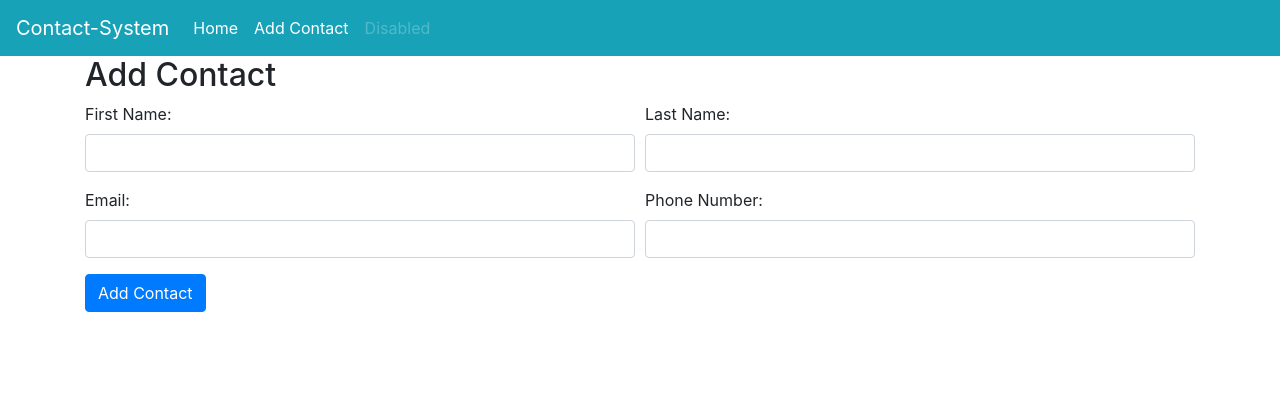
Repository: vivek9099/ContactManage
Page: http://localhost/addemp
An editor plug-in stored every save of this project. The page is shown before and after the next save, followed by the edit.
The browser window is 1280 px wide. The pictures show the whole page.
Some web libraries are served in a nearby version. The page is this project's Thymeleaf template; nobody is signed in. The template is opened directly, without the code that normally fills it, so the values that code supplies are empty.

Above is the page before, as saved 2023-03-28 10:50:02.

### Contact-System/src/main/resources/templates/addemp.html
<!doctype html>
<html lang="en">
  <head>
    <!-- Required meta tags -->
    <meta charset="utf-8">
    <meta name="viewport" content="width=device-width, initial-scale=1, shrink-to-fit=no">

    <!-- Bootstrap CSS -->
    <link rel="stylesheet" href="https://cdn.jsdelivr.net/npm/bootstrap@4.0.0/dist/css/bootstrap.min.css" integrity="sha384-Gn5384xqQ1aoWXA+058RXPxPg6fy4IWvTNh0E263XmFcJlSAwiGgFAW/dAiS6JXm" crossorigin="anonymous">

    <title>HomePage</title>
  </head>
  <body>
  <!-- navbar -->
  <nav class="navbar navbar-expand-lg navbar-dark bg-info">
  <a class="navbar-brand" href="#">Contact-System</a>
  <button class="navbar-toggler" type="button" data-toggle="collapse" data-target="#navbarSupportedContent" aria-controls="navbarSupportedContent" aria-expanded="false" aria-label="Toggle navigation">
    <span class="navbar-toggler-icon"></span>
  </button>

  <div class="collapse navbar-collapse" id="navbarSupportedContent">
    <ul class="navbar-nav mr-auto">
      <li class="nav-item active">
        <a class="nav-link" href="#">Home <span class="sr-only">(current)</span></a>
      </li>
      <li class="nav-item active">
        <a class="nav-link" href="#">Add Contact</a>
      </li>

      <li class="nav-item">
        <a class="nav-link disabled" href="#">Disabled</a>
      </li>
    </ul>

  </div>
</nav>
<!--form-->
<div class="container">
  <form id="add-contact-form">
    <h2>Add Contact</h2>
    <div class="form-row">
      <div class="form-group col-md-6">
        <label for="first-name-input">First Name:</label>
        <input type="text" class="form-control" id="first-name-input" required>
      </div>
      <div class="form-group col-md-6">
        <label for="last-name-input">Last Name:</label>
        <input type="text" class="form-control" id="last-name-input" required>
      </div>
    </div>
    <div class="form-row">
      <div class="form-group col-md-6">
        <label for="email-input">Email:</label>
        <input type="email" class="form-control" id="email-input" required>
      </div>
      <div class="form-group col-md-6">
        <label for="phone-number-input">Phone Number:</label>
        <input type="text" class="form-control" id="phone-number-input" required>
      </div>
    </div>
    <button type="submit" class="btn btn-primary">Add Contact</button>
  </form>
</div>



  </tbody>
</table>
</div>

    <!-- Optional JavaScript -->
    <!-- jQuery first, then Popper.js, then Bootstrap JS -->
    <script src="https://code.jquery.com/jquery-3.2.1.slim.min.js" integrity="sha384-KJ3o2DKtIkvYIK3UENzmM7KCkRr/rE9/Qpg6aAZGJwFDMVNA/GpGFF93hXpG5KkN" crossorigin="anonymous"></script>
    <script src="https://cdn.jsdelivr.net/npm/popper.js@1.12.9/dist/umd/popper.min.js" integrity="sha384-ApNbgh9B+Y1QKtv3Rn7W3mgPxhU9K/ScQsAP7hUibX39j7fakFPskvXusvfa0b4Q" crossorigin="anonymous"></script>
    <script src="https://cdn.jsdelivr.net/npm/bootstrap@4.0.0/dist/js/bootstrap.min.js" integrity="sha384-JZR6Spejh4U02d8jOt6vLEHfe/JQGiRRSQQxSfFWpi1MquVdAyjUar5+76PVCmYl" crossorigin="anonymous"></script>
  </body>
</html>

After the next save:
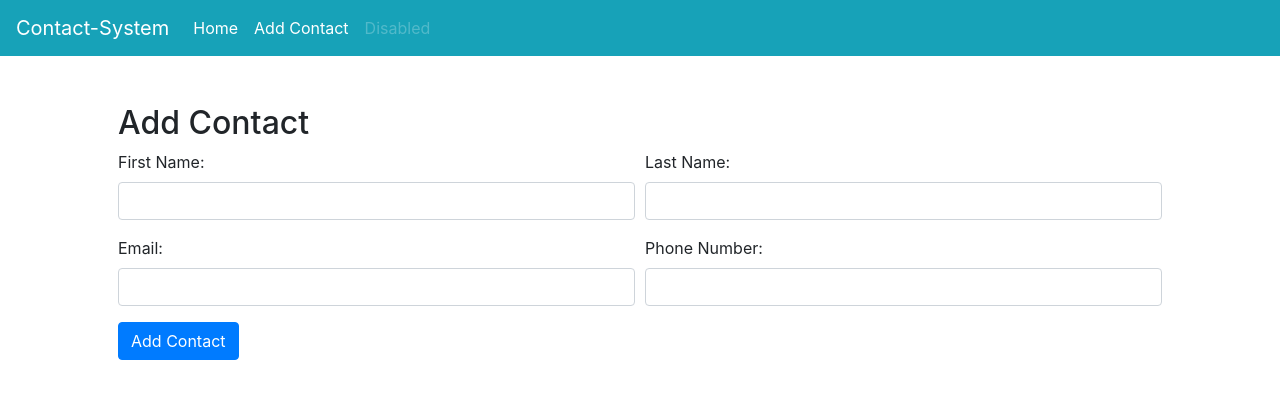
Saved 44 s later.
--- a/Contact-System/src/main/resources/templates/addemp.html
+++ b/Contact-System/src/main/resources/templates/addemp.html
@@ -35,8 +35,8 @@
   </div>
 </nav>
 <!--form-->
-<div class="container">
-  <form id="add-contact-form">
+<div class="container p-5">
+  <form id="add-contact-form bg-primary">
     <h2>Add Contact</h2>
     <div class="form-row">
       <div class="form-group col-md-6">
